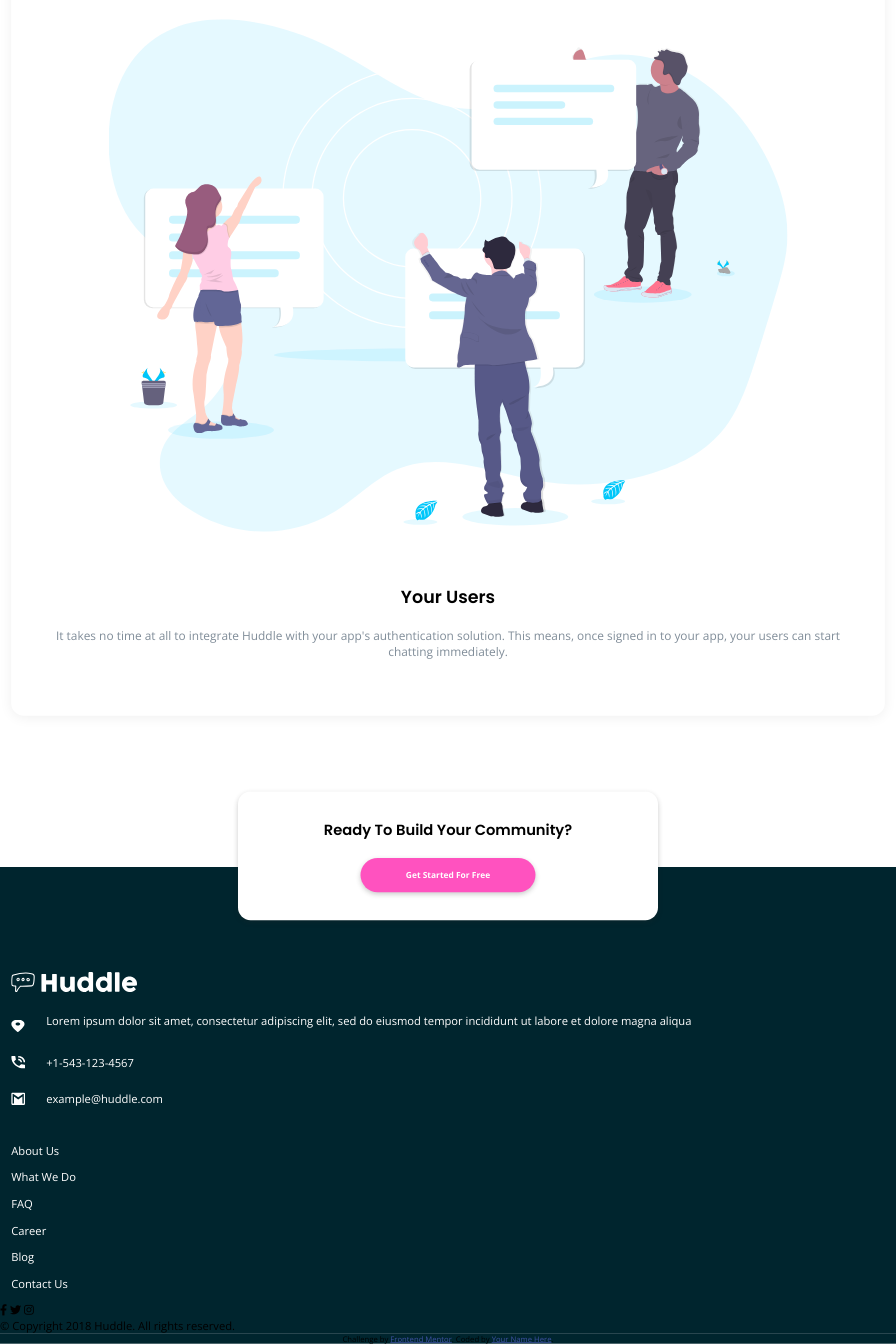
Repository: DejV44/Huddle-landing-page
Page: index.html
An editor plug-in stored every save of this project. The page is shown before and after the next save, followed by the edit.
The browser window is 1280 px wide. The pictures show the part of the page from y = 3621 to 5541 px (the page is 5541 px tall), at 70% of full size.
The style sheet was rebuilt from its Sass, Less or Tailwind sources for each picture, by a compiler version that may differ from the author's.

Above is the page before, as saved 2021-08-20 12:49:55.

After the next save:
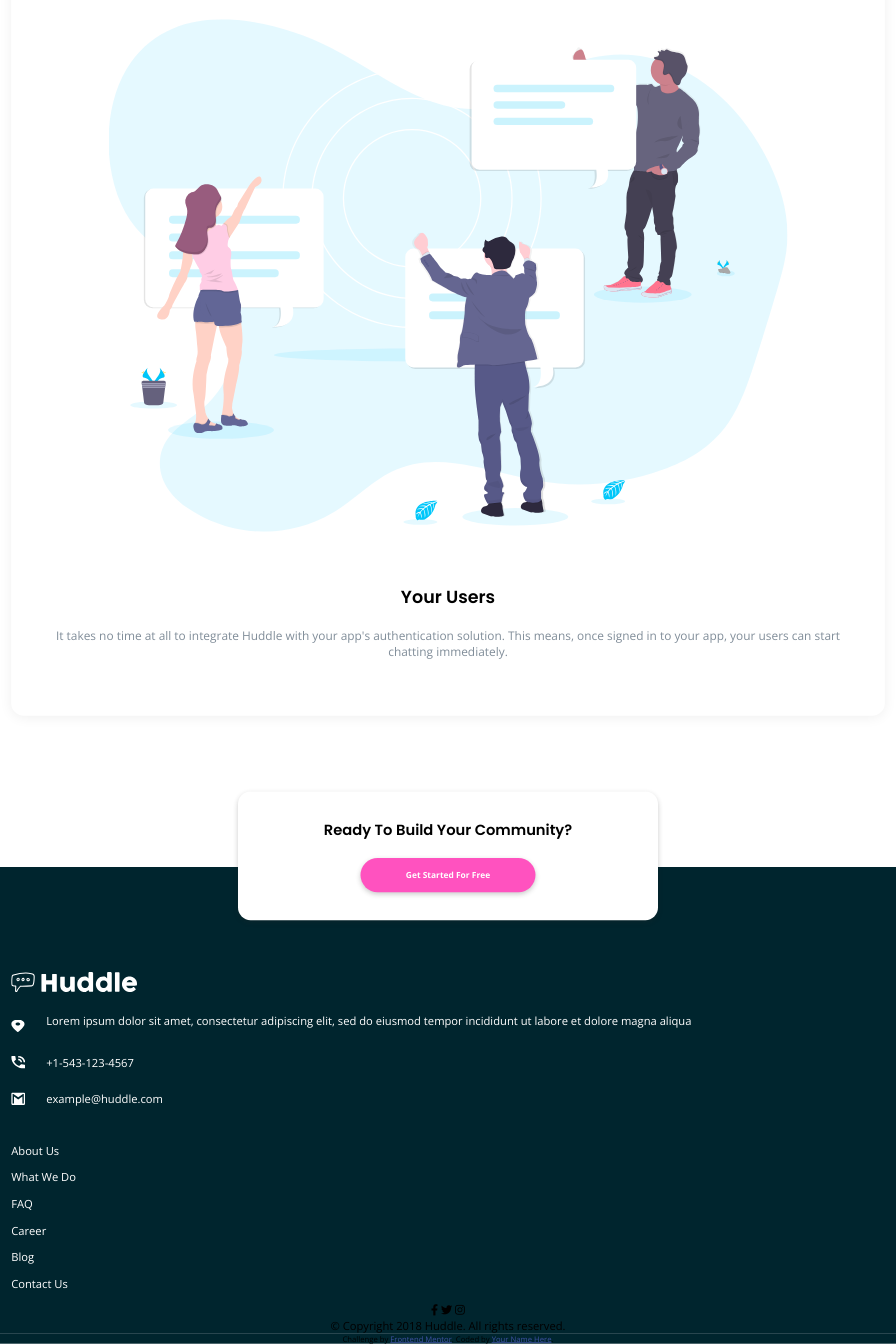
Saved 44 s later.
--- a/css/_footer.scss
+++ b/css/_footer.scss
@@ -41,6 +41,9 @@ footer {
             }
         }
     }
+    .copyright {
+        text-align: center;
+    }
 }
 
 
